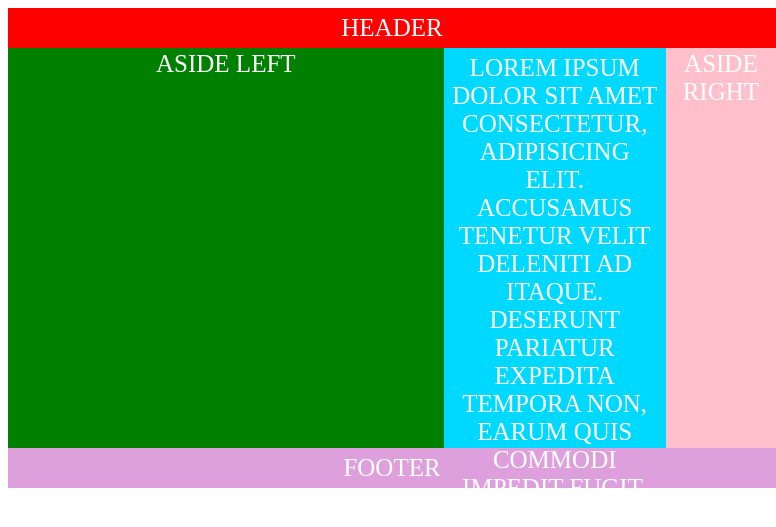
Repository: magdaf41/CSS
Page: zadanie_7/index.html
An editor plug-in stored every save of this project. The page is shown before and after the next save, followed by the edit.
The browser window is 768 px wide. The page is 776 px wide, so the pictures cover 776 px, including what lies to the right of the window. The pictures show the whole page.

Above is the page before, as saved 2020-08-24 20:51:27.

After the next save:
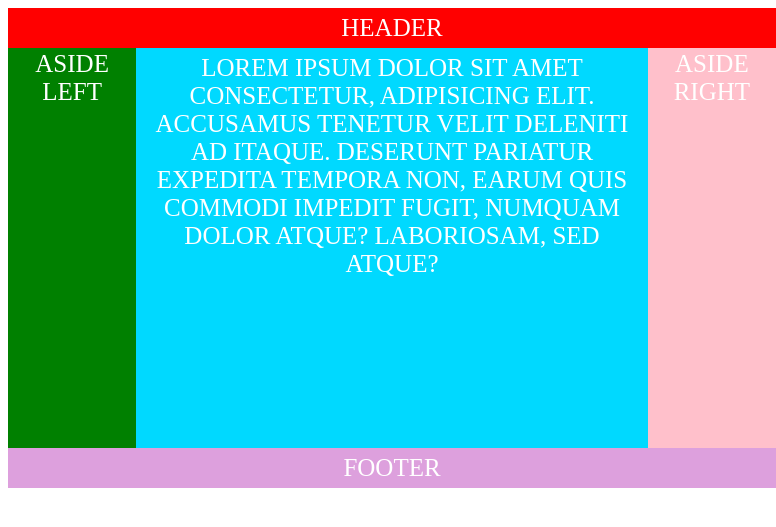
Saved 35 s later.
--- a/zadanie_7/css/style.css
+++ b/zadanie_7/css/style.css
@@ -48,8 +48,7 @@ footer{
 }
 
 @media screen and (max-width: 768px){
-    aside#left{
-        flex-wrap: wrap-reverse;
+    p{
         width: 100%;
     }
 }
